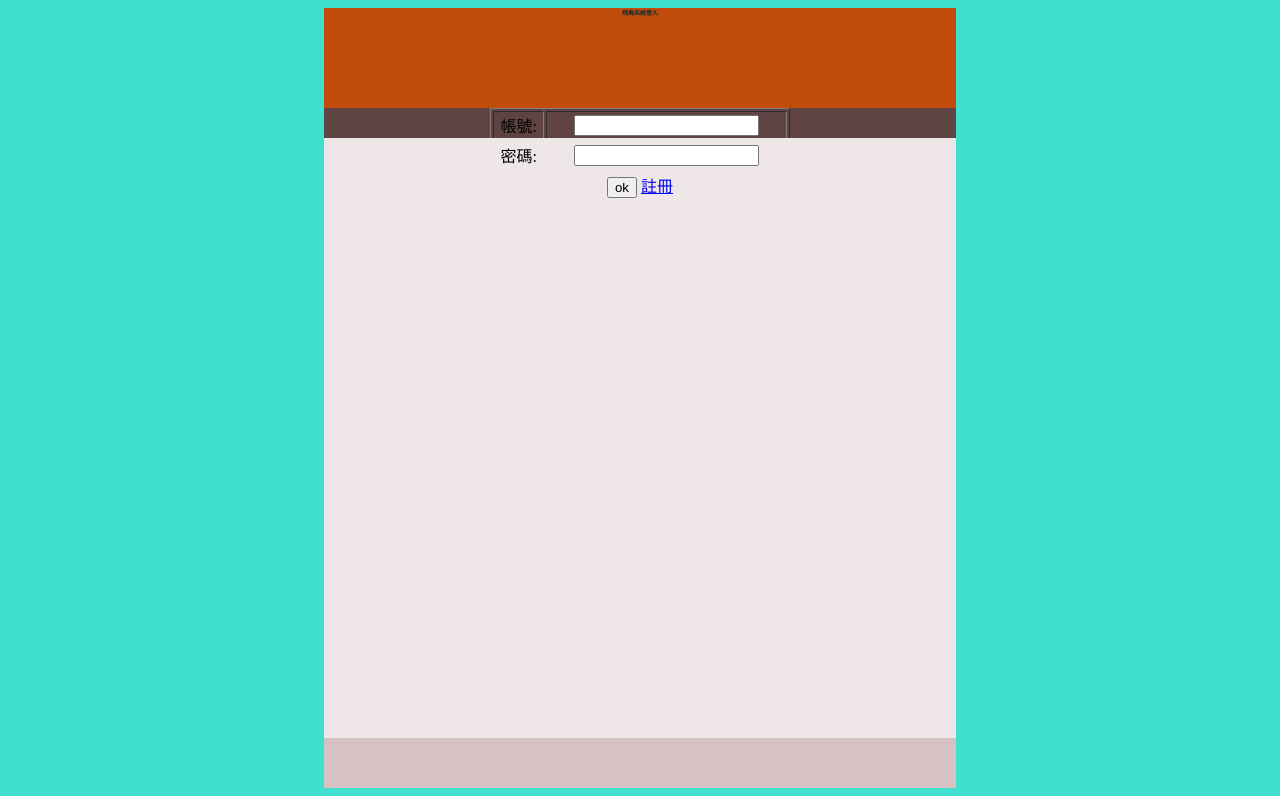
Repository: pride0420/portfolio
Page: Portfolio/1_springBoot/src/main/resources/static/index.html
An editor plug-in stored every save of this project. The page is shown before and after the next save, followed by the edit.
The browser window is 1280 px wide. The pictures show the whole page.

Above is the page before, as saved 2023-11-30 14:28:39.

After the next save:
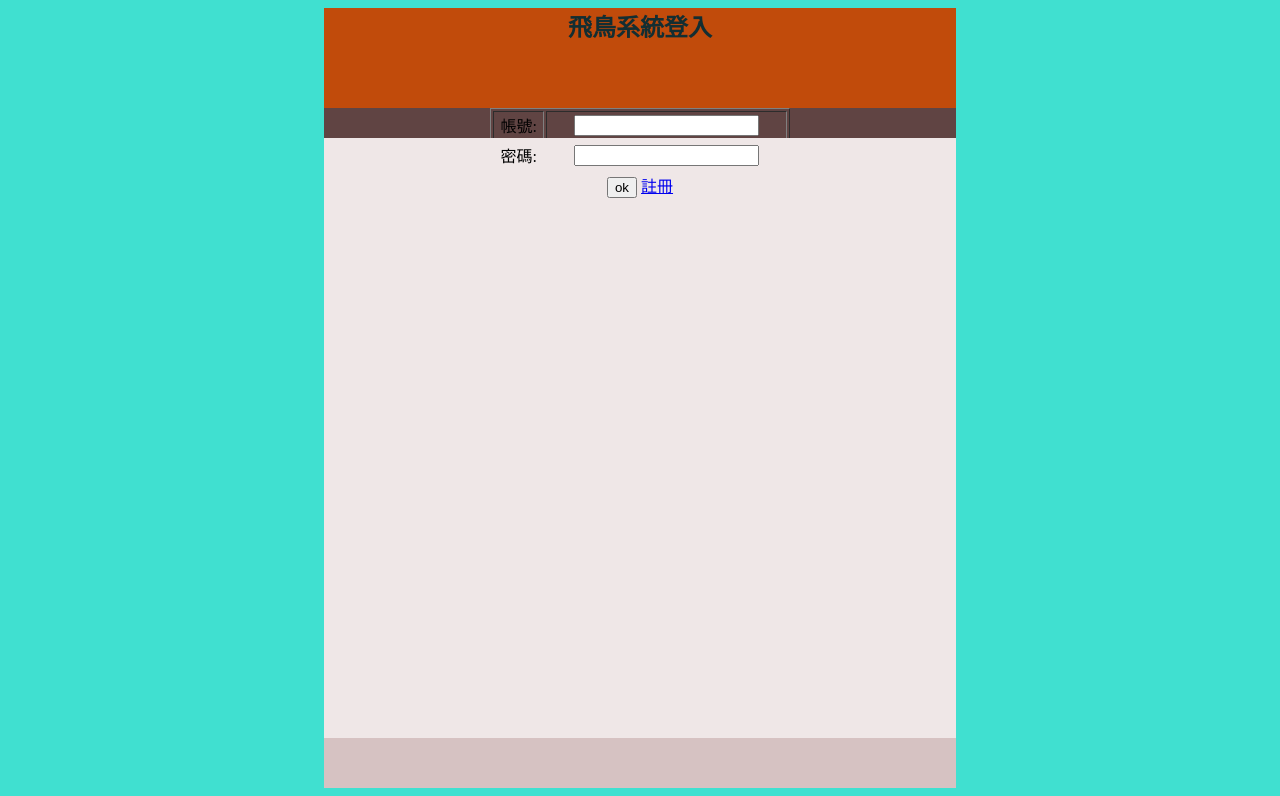
Saved 8 s later.
--- a/Portfolio/1_springBoot/src/main/resources/static/css/index.css
+++ b/Portfolio/1_springBoot/src/main/resources/static/css/index.css
@@ -9,7 +9,7 @@ body{
 	margin-left: 25%;
 	color: #132E32;
 	font-weight:800;
-	font-size:25%;
+	font-size:150%;
 }
 #navigater{
 
